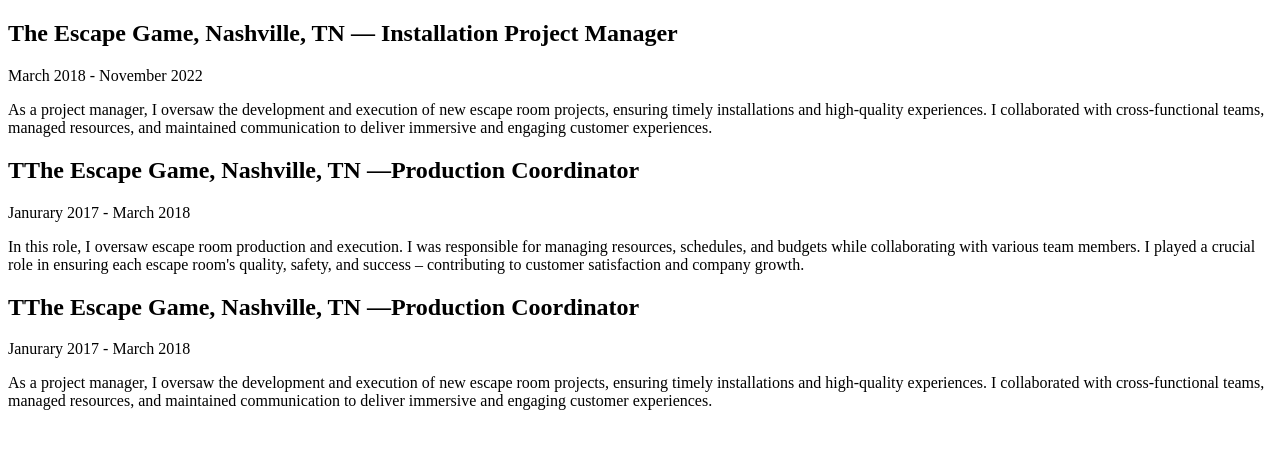
Repository: jgramirez0210/LAB-HTML-Resume
Page: index.html
The author's editor kept a copy of each file at every save. The page is drawn from the files as they stood at one save, then again after the next save.
The browser window is 1280 px wide. The pictures show the whole page.

Above is the page before, as saved 2023-10-09 21:24:26.

### index.html
<!DOCTYPE html>
<html lang="en">
<head>
  <meta charset="UTF-8">
  <meta name="viewport" content="width=device-width, initial-scale=1.0">
  <title>Jesse's Work Experience</title>
</head>
<body>
  <article>
    <h2>The Escape Game, Nashville, TN — Installation Project Manager </h2>
    <time datetime="2018-03" >March 2018</time> - <time datetime="2022-10" >November 2022</time></time>
    <p>As a project manager, I oversaw the development and execution of new escape room projects, ensuring timely installations and high-quality experiences. I collaborated with cross-functional teams, managed resources, and maintained communication to deliver immersive and engaging customer experiences.</p>
  </article>
  <article>
    <h2>TThe Escape Game, Nashville, TN —Production Coordinator</h2>
    <time datetime="2017-01" >Janurary 2017</time> - <time datetime="2018-3" >March 2018</time></time>
    <p>In this role, I oversaw escape room production and execution. I was responsible for managing resources, schedules, and budgets while collaborating with various team members. I played a crucial role in ensuring each escape room's quality, safety, and success – contributing to customer satisfaction and company growth.
    </p>
  </article>
  <article>
    <h2>TThe Escape Game, Nashville, TN —Production Coordinator</h2>
    <time datetime="2017-01" >Janurary 2017</time> - <time datetime="2018-3" >March 2018</time></time>
    <p>As a project manager, I oversaw the development and execution of new escape room projects, ensuring timely installations and high-quality experiences. I collaborated with cross-functional teams, managed resources, and maintained communication to deliver immersive and engaging customer experiences.</p>
  </article>
</body>
</html>

After the next save:
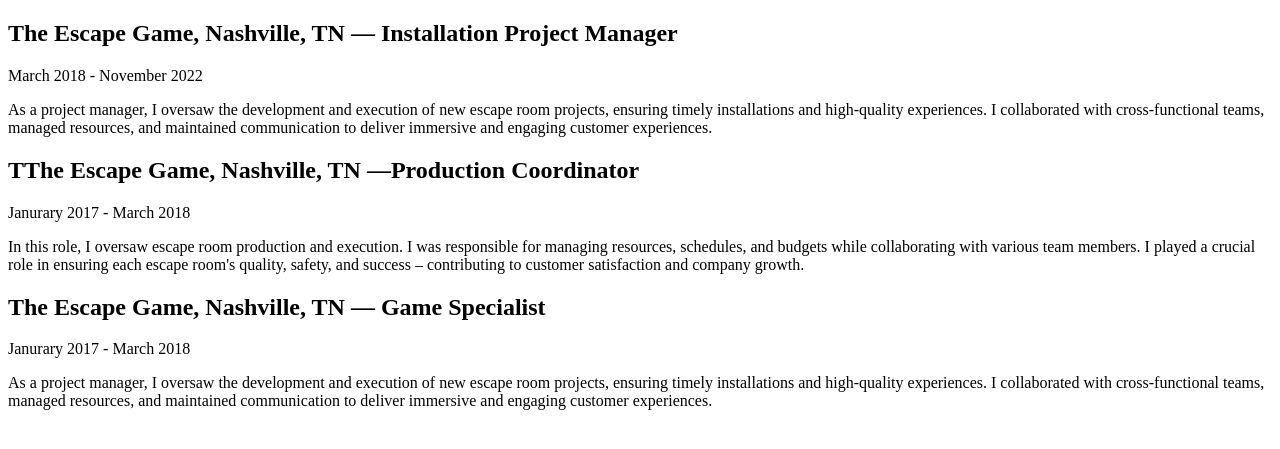
Saved 15 s later.
--- a/index.html
+++ b/index.html
@@ -18,7 +18,7 @@
     </p>
   </article>
   <article>
-    <h2>TThe Escape Game, Nashville, TN —Production Coordinator</h2>
+    <h2>The Escape Game, Nashville, TN — Game Specialist</h2>
     <time datetime="2017-01" >Janurary 2017</time> - <time datetime="2018-3" >March 2018</time></time>
     <p>As a project manager, I oversaw the development and execution of new escape room projects, ensuring timely installations and high-quality experiences. I collaborated with cross-functional teams, managed resources, and maintained communication to deliver immersive and engaging customer experiences.</p>
   </article>
